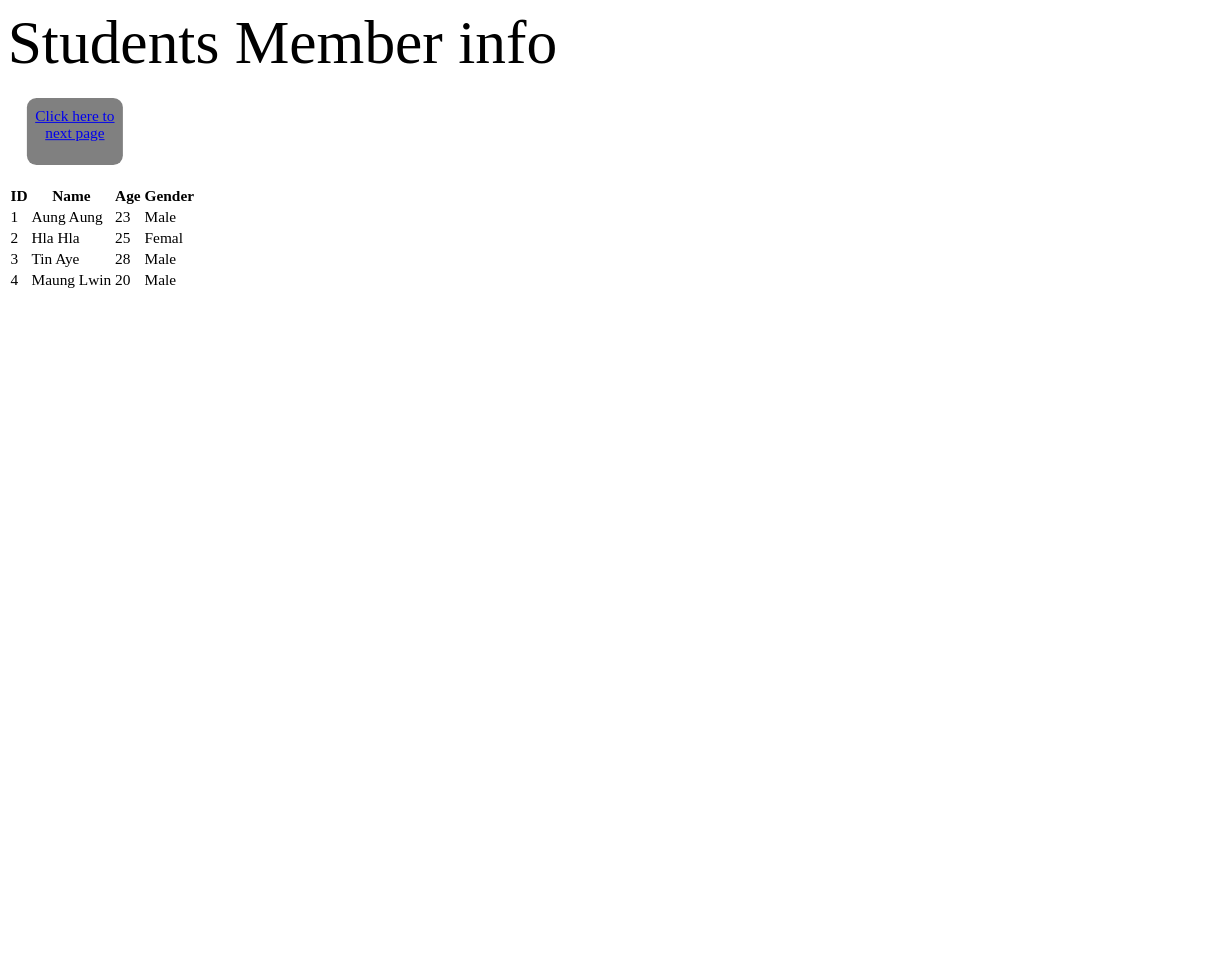
Repository: ThantLwinSoe/Servlet
Page: 01-Communication/src/main/webapp/index.html
The author's editor kept a copy of each file at every save. The page is drawn from the files as they stood at one save, then again after the next save.
The browser window is 1280 px wide. The pictures show the whole page, at 96% of full size.

Above is the page before, as saved 2023-02-07 02:44:54.

### 01-Communication/src/main/webapp/index.html
<!DOCTYPE html>
<html>
<head>
<meta charset="UTF-8">
<style>
h {
	font-size: 4em;
}
.d_link {

	margin: 20px;
	padding-top: 10px;
	width: 100px;
	height: 60px;
	border-radius: 10px;
	background: gray;
	text-align: center;
}
.st_info {
	margin-top: 20px;
	width: 800px;
	height: 800px;
}
</style>
<title>Servlet Communication</title>
</head>
<body>
	<h>Students Member info</h>
	<div class="d_link">
		<a href="hello">Click here to next page</a>
	</div>
	<div class="st_info">
		<table>
			<thead>
				<tr>
					<th>ID</th>
					<th>Name</th>
					<th>Age</th>
					<th>Gender</th>
				</tr>
			</thead>
			<tbody>
				<tr>
					<td>1</td>
					<td>Aung Aung</td>
					<td>23</td>
					<td>Male</td>
				</tr>
				<tr>
					<td>2</td>
					<td>Hla Hla</td>
					<td>25</td>
					<td>Femal</td>
				</tr>
				<tr>
					<td>3</td>
					<td>Tin Aye</td>
					<td>28</td>
					<td>Male</td>
				</tr>
				<tr>
					<td>4</td>
					<td>Maung Lwin</td>
					<td>20</td>
					<td>Male</td>
				</tr>
			</tbody>
		</table>
	</div>
</body>
</html>

After the next save:
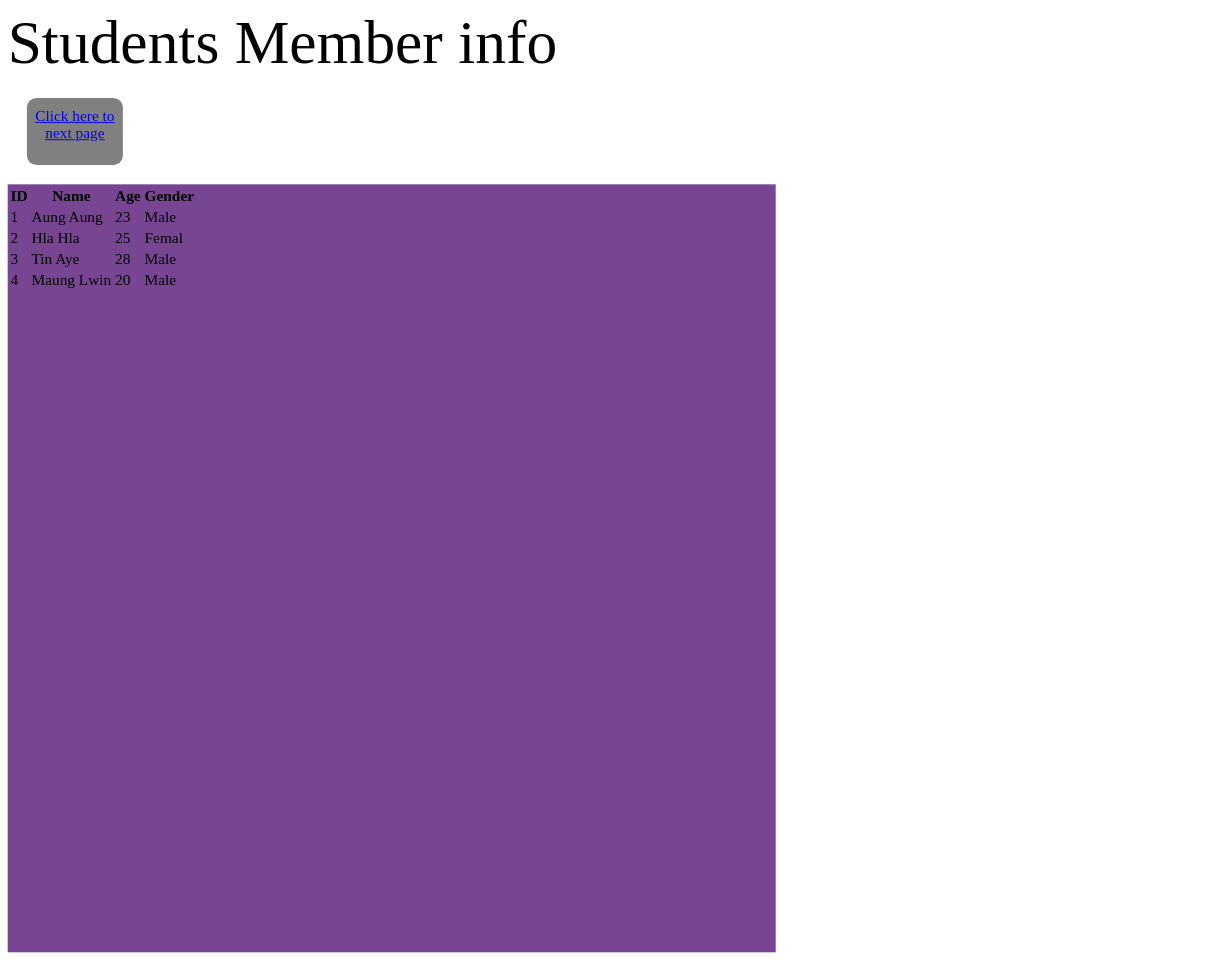
Saved 18 s later.
--- a/01-Communication/src/main/webapp/index.html
+++ b/01-Communication/src/main/webapp/index.html
@@ -20,6 +20,7 @@ h {
 	margin-top: 20px;
 	width: 800px;
 	height: 800px;
+	background: #774592;
 }
 </style>
 <title>Servlet Communication</title>
